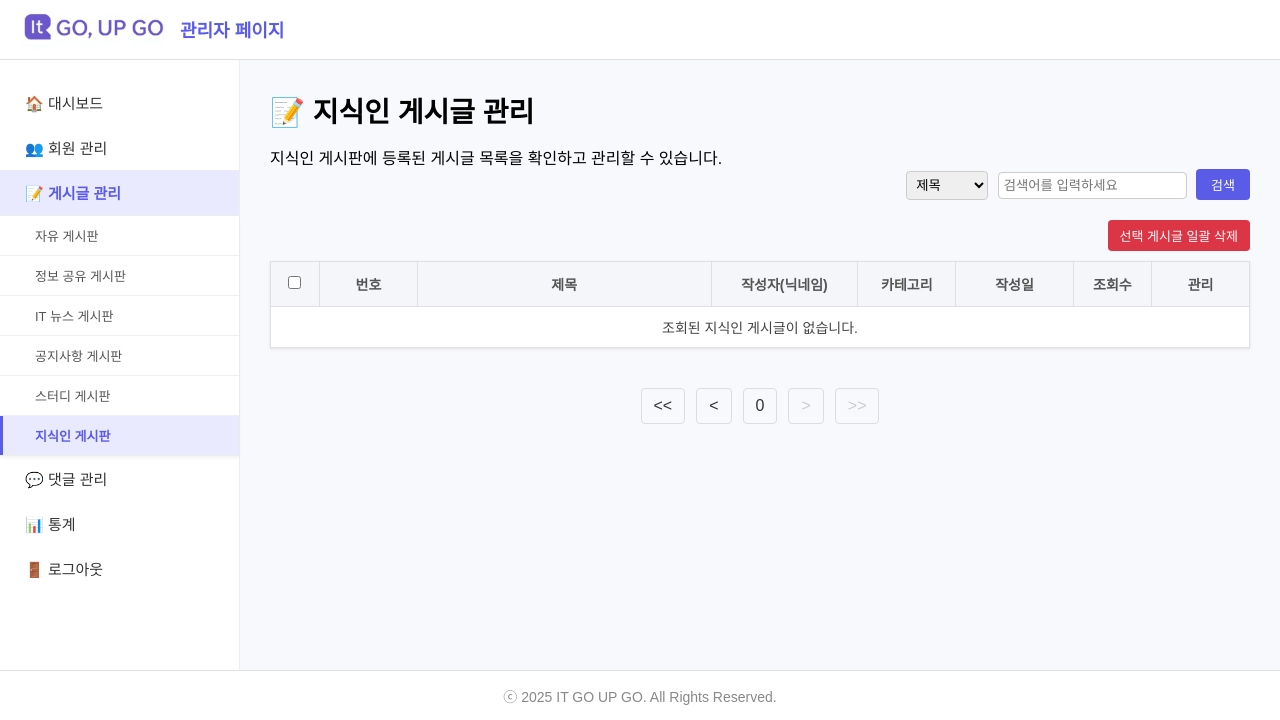
Repository: virtue5321/itgoupgo
Page: http://localhost/ITGOUPGO/WEB-INF/views/admin/knowledgeBbsManage.jsp
The author's editor kept a copy of each file at every save. The page is drawn from the files as they stood at one save, then again after the next save.
The browser window is 1280 px wide. The pictures show the whole page.
The page is served by Tomcat 10. Nobody is signed in. Other server files are loaded and not shown. The template is opened directly, without the code that normally fills it, so the values that code supplies are empty.

Above is the page before, as saved 2025-10-31 05:01:53.

### ITGOUPGO/src/main/webapp/WEB-INF/views/admin/knowledgeBbsManage.jsp
<%@ page language="java" contentType="text/html; charset=UTF-8" pageEncoding="UTF-8"%>
<%@ taglib prefix="c" uri="jakarta.tags.core" %>
<%@ taglib prefix="fmt" uri="http://java.sun.com/jsp/jstl/fmt" %>

<!DOCTYPE html>
<html lang="ko">
<head>
    <meta charset="UTF-8">
    <title>지식인 게시판 관리</title>

    <link rel="stylesheet" href="<c:url value="/resources/css/adminStyle.css" />">
    <style>
        /* [UI 통일] IT 뉴스 게시판과 동일한 삭제 행 스타일 적용 */
        .deleted-post {
            background-color: #f8f8f8;
            color: #999;
        }
        .deleted-post a, .deleted-post .text-danger, .deleted-post .text-secondary {
            color: #999 !important;
        }
        .text-start { text-align: left; }
        .search-area { display: flex; justify-content: flex-end; margin-bottom: 20px; }
        .search-select, .search-input { padding: 5px; margin-right: 5px; border: 1px solid #ccc; border-radius: 4px; }
        .btn-search { background-color: #5a5ce8; color: white; border: none; padding: 6px 15px; cursor: pointer; border-radius: 4px; }
        .btn-search:hover { background-color: #4a4ce0; }

        /* 페이징 스타일 (IT 뉴스 게시판의 스타일이 adminStyle.css에 없다고 가정하고 기존 스타일 유지) */
        .pagination-container { display: flex; justify-content: center; padding: 20px 0; gap: 5px; }
        .pagination-container a, .pagination-container span { padding: 8px 12px; text-decoration: none; color: #333; border: 1px solid #ddd; border-radius: 4px; transition: background-color 0.3s; }
        .pagination-container a:hover { background-color: #f0f0f0; }
        .pagination-container .active { background-color: #5a5ce8; color: white; border-color: #5a5ce8; }
        .pagination-container .disabled { color: #ccc; cursor: default; }
    </style>
</head>
<body>

    <header>
        <div class="logo">
            <img src="<c:url value="/resources/images/logo1.PNG" />" width="80">
            관리자 페이지
        </div>
    </header>

    <div class="layout">
        <%-- ✅ 사이드바: 지식인 게시판 활성화 --%>
        <aside class="sidebar">
            <ul>
                <li><a href="<c:url value="/admin/dashboard" />">🏠 대시보드</a></li>
                <li><a href="<c:url value="/admin/member" />">👥 회원 관리</a></li>

                <li id="postManageMenu" class="menu-open">
                    <a href="javascript:void(0);" class="active" onclick="toggleSubmenu('postManageMenu')">📝 게시글 관리</a>

                    <ul class="submenu">
                        <li><a href="<c:url value="/admin/freeBbsManage" />">자유 게시판</a></li>
                        <li><a href="<c:url value="/admin/infoBbsManage" />">정보 공유 게시판</a></li>
                        <li><a href="<c:url value="/admin/itBbsManage" />">IT 뉴스 게시판</a></li>
                        <li><a href="<c:url value="/admin/noticeBbsManage" />">공지사항 게시판</a></li>
		                <li><a href="<c:url value="/admin/studyBbsManage" />">스터디 게시판</a></li>
		                <li><a href="<c:url value="/admin/knowledgeBbsManage" />" class="sub-active">지식인 게시판</a></li>
                    </ul>
                </li>

                <li><a href="<c:url value="/admin/reply" />">💬 댓글 관리</a></li>
                <li><a href="<c:url value="/admin/stats" />">📊 통계</a></li>
                <li><a href="<c:url value="/admin/logout" />">🚪 로그아웃</a></li>
            </ul>
        </aside>

        <main>
            <h1>📝 지식인 게시글 관리</h1>
            <p>지식인 게시판에 등록된 게시글 목록을 확인하고 관리할 수 있습니다.</p>

            <%-- [통일] 검색 폼과 버튼 영역 분리 --%>
            <div class="search-area">
                 <form action="searchKnowledge" method="GET" onsubmit="return validateSearch(this);">
                    <select name="condition" class="search-select">
                        <option value="title">제목</option>
                        <option value="content">내용</option>
                        <option value="writer">작성자</option>
                        <option value="category">카테고리</option>
                    </select>
                    <input type="text" name="keyword" class="search-input" placeholder="검색어를 입력하세요">
                    <button type="submit" class="btn btn-search">검색</button>
                </form>
            </div>

            <%-- [통일] 벌크 삭제 폼 (숨겨진 폼) --%>
            <form id="bulkDeleteForm" action="<c:url value="/admin/deleteKnowledgeBbsCheck" />" method="post" style="display:none;"></form>

            <div style="display:flex; justify-content:flex-end; margin-bottom:10px;">
                <button class="btn btn-danger" onclick="confirmBulkDelete()">선택 게시글 일괄 삭제</button>
            </div>

            <table>
                <thead>
                    <tr>
                        <th style="width: 5%;"><input type="checkbox" id="selectAllCheckboxPost"></th>
                        <th style="width: 10%;">번호</th>
                        <th style="width: 30%;">제목</th>
                        <th style="width: 15%;">작성자(닉네임)</th>
                        <th style="width: 10%;">카테고리</th>
                        <th style="width: 12%;">작성일</th>
                        <th style="width: 8%;">조회수</th>
                        <th style="width: 10%;">관리</th>
                    </tr>
                </thead>
                <tbody>
                    <c:choose>
                        <c:when test="${!empty knowledgeBbsList}">
                            <c:forEach var="post" items="${knowledgeBbsList}">
                                <tr class="${post.knowledgeDeleteStatus eq 'Y' ? 'deleted-post' : ''}">
                                    <td>
                                        <input type="checkbox" class="itemCheckboxPost" name="bbsNoList" value="${post.knowledgeNo}"
                                            <c:if test="${post.knowledgeDeleteStatus eq 'Y'}">disabled</c:if>>
                                    </td>
                                    <td>${post.knowledgeNo}</td>
                                    <td class="text-start">
                                        <c:choose>
                                            <c:when test="${post.knowledgeDeleteStatus eq 'Y'}">
                                                <span class="text-danger">❌ [삭제됨]</span> ${post.knowledgeTitle}
                                            </c:when>
                                            <c:otherwise>
                                                <a href="<c:url value="/knowledge/detail?no=${post.knowledgeNo}" />" class="title-link" target="_blank">
                                                    ${post.knowledgeTitle}
                                                </a>
                                            </c:otherwise>
                                        </c:choose>
                                    </td>
                                    <td>${post.memberNick}</td>
                                    <td>${post.knowledgeCategory}</td>
                                    <td><fmt:formatDate value="${post.knowledgeCreateDate}" pattern="yyyy-MM-dd" /></td>
                                    <td>${post.knowledgeView}</td>
                                    <td class="action-cell">
                                        <c:choose>
                                            <c:when test="${post.knowledgeDeleteStatus eq 'N'}">
                                                <button class="btn btn-danger"
                                                    onclick="deleteSinglePost(${post.knowledgeNo})">
                                                    삭제
                                                </button>
                                            </c:when>
                                            <c:otherwise>
                                                <span class="text-secondary">삭제 완료</span>
                                            </c:otherwise>
                                        </c:choose>
                                    </td>
                                </tr>
                            </c:forEach>
                        </c:when>
                        <c:otherwise>
                            <tr>
                                <td colspan="8">조회된 지식인 게시글이 없습니다.</td>
                            </tr>
                        </c:otherwise>
                    </c:choose>
                </tbody>
            </table>

            <%-- [통일] 페이징 영역 --%>
            <div class="pagination-container">
                <c:set var="pi" value="${pageInfo}"/>
                <c:set var="pageLinkUrl" value="/admin/knowledgeBbsManage" />
                <c:choose><c:when test="${pi.currentPage le 1}"><span class="disabled">&lt;&lt;</span></c:when><c:otherwise><a href="<c:url value="${pageLinkUrl}" />?currentPage=1">&lt;&lt;</a></c:otherwise></c:choose>
                <c:choose><c:when test="${pi.currentPage le 1}"><span class="disabled">&lt;</span></c:when><c:otherwise><a href="<c:url value="${pageLinkUrl}" />?currentPage=${pi.currentPage - 1}">&lt;</a></c:otherwise></c:choose>

                <c:forEach begin="${pi.startPage}" end="${pi.endPage}" var="p">
                    <c:choose><c:when test="${pi.currentPage eq p}"><span class="active">${p}</span></c:when><c:otherwise><a href="<c:url value="${pageLinkUrl}" />?currentPage=${p}">${p}</a></c:otherwise></c:choose>
                </c:forEach>

                <c:choose><c:when test="${pi.currentPage eq pi.maxPage || pi.maxPage eq 0}"><span class="disabled">&gt;</span></c:when><c:otherwise><a href="<c:url value="${pageLinkUrl}" />?currentPage=${pi.currentPage + 1}">&gt;</a></c:otherwise></c:choose>
                <c:choose><c:when test="${pi.currentPage eq pi.maxPage || pi.maxPage eq 0}"><span class="disabled">&gt;&gt;</span></c:when><c:otherwise><a href="<c:url value="${pageLinkUrl}" />?currentPage=${pi.maxPage}">&gt;&gt;</a></c:otherwise></c:choose>
            </div>

        </main>
    </div>

    <footer>ⓒ 2025 IT GO UP GO. All Rights Reserved.</footer>

    <script>
        function toggleSubmenu(menuId) { document.getElementById(menuId).classList.toggle('menu-open'); }

        // [통일] 단일 삭제 함수 (URL 수정)
        function deleteSinglePost(knowledgeNo) {
            if(confirm(knowledgeNo + '번 게시글을 정말 삭제(비활성화) 처리하시겠습니까?')) {
                location.href='<c:url value="/admin/deleteKnowledgeBbs" />?knowledgeNo=' + knowledgeNo;
            }
        }

        // [통일] 일괄 삭제 함수 (폼 제출 방식 통일)
        function confirmBulkDelete() {
            const selectedCheckboxes = Array.from(document.querySelectorAll('.itemCheckboxPost:checked'))
                .filter(checkbox => !checkbox.closest('tr').classList.contains('deleted-post'));

            if (selectedCheckboxes.length === 0) {
                alert('일괄 삭제할 게시글을 1개 이상 선택해 주세요. (이미 삭제된 게시글은 제외됩니다.)');
                return;
            }

            if (confirm('총 ' + selectedCheckboxes.length + '건의 게시글을 일괄 삭제 처리하시겠습니까?')) {
                const form = document.getElementById('bulkDeleteForm');
                form.innerHTML = '';
                selectedCheckboxes.forEach(checkbox => {
                    const hiddenInput = document.createElement('input');
                    hiddenInput.type = 'hidden';
                    hiddenInput.name = 'bbsNoList'; // Controller의 @RequestParam 이름과 일치
                    hiddenInput.value = checkbox.value;
                    form.appendChild(hiddenInput);
                });
                form.submit();
            }
        }

        function validateSearch(form) {
            const keyword = form.keyword.value.trim();
            if (keyword === "") {
                alert("검색어를 입력해주세요.");
                return false;
            }
            return true;
        }

        document.addEventListener('DOMContentLoaded', (event) => {
            const selectAllCheckbox = document.getElementById('selectAllCheckboxPost');
            // [수정] 삭제된 게시글 제외한 체크박스만 대상으로 함
            const itemCheckboxes = document.querySelectorAll('.itemCheckboxPost:not(:disabled)');

            if (selectAllCheckbox) {
                selectAllCheckbox.addEventListener('change', function() {
                    itemCheckboxes.forEach(checkbox => {
                        checkbox.checked = this.checked;
                    });
                });
            }

            itemCheckboxes.forEach(checkbox => {
                checkbox.addEventListener('change', () => {
                    // [수정] 전체 개수는 disabled가 아닌 체크박스 개수로 계산
                    const checkedItems = document.querySelectorAll('.itemCheckboxPost:checked:not(:disabled)').length;
                    const totalItems = itemCheckboxes.length;

                    if (!checkbox.checked) {
                        if (selectAllCheckbox) selectAllCheckbox.checked = false;
                    } else if (checkedItems === totalItems) {
                        if (selectAllCheckbox) selectAllCheckbox.checked = true;
                    }
                });
            });

            // 페이지 로드 시 '게시글 관리' 메뉴를 열린 상태로 유지
            const postManageMenu = document.getElementById('postManageMenu');
            if (postManageMenu && !postManageMenu.classList.contains('menu-open')) {
                 postManageMenu.classList.add('menu-open');
            }
        });
    </script>
</body>
</html>

### ITGOUPGO/src/main/webapp/resources/css/adminStyle.css
* {
  margin: 0;
  padding: 0;
  box-sizing: border-box;
  font-family: "Noto Sans KR", sans-serif;
}

body {
  display: flex;
  flex-direction: column;
  height: 100vh;
  background-color: #f8f9fc;
}

/* -------------------- 1. 헤더 (로고 크기 조정 포함) -------------------- */
header {
  display: flex;
  align-items: center;
  justify-content: start;
  height: 60px;
  background-color: #ffffff;
  border-bottom: 1px solid #e0e0e0;
  padding: 0 20px;
}

header .logo {
  display: flex;
  align-items: center;
  gap: 10px;
  font-weight: 700;
  font-size: 18px;
  color: #5a5ce8;
}

header .logo img {
  width: 150px;
  height: auto;
  vertical-align: middle;
}

/* -------------------- 2. 레이아웃 및 사이드바 -------------------- */
.layout {
  flex: 1;
  display: flex;
  overflow: hidden;
}

/* 사이드바 */
aside.sidebar {
  width: 240px;
  background: #fff;
  border-right: 1px solid #eee;
  display: flex;
  flex-direction: column;
  align-items: center;
  padding-top: 20px;
}

.sidebar ul {
  list-style: none;
  width: 100%;
  padding: 0;
  margin: 0;
}

.sidebar li {
  width: 100%;
  text-align: left;
  position: relative;
}

.sidebar a {
  display: flex;
  align-items: center;
  gap: 10px;
  width: 100%;
  padding: 12px 25px;
  font-size: 15px;
  color: #333;
  text-decoration: none;
  cursor: pointer;
  transition: background 0.2s, color 0.2s;
}

/* 마우스 오버 시 효과 */
.sidebar a:hover {
  background-color: #f3f4f6;
  color: #5a5ce8;
}

/* 활성화된 항목 스타일 */
.sidebar a.active {
  background-color: #eaeaff;
  color: #5a5ce8;
  font-weight: 600;
}

/* -------------------- 3. 메인 콘텐츠 및 푸터 -------------------- */
main {
  flex: 1;
  padding: 30px;
  overflow-y: auto;
}

main h1 {
  font-size: 28px;
  font-weight: 700;
  margin-bottom: 15px;
}

/* 푸터 */
footer {
  height: 50px;
  background-color: #ffffff;
  border-top: 1px solid #e0e0e0;
  display: flex;
  align-items: center;
  justify-content: center;
  color: #888;
  font-size: 14px;
}


/* -------------------- 4. 테이블 및 버튼 스타일 -------------------- */
table {
    width: 100%;
    border-collapse: collapse;
    background: white;
    box-shadow: 0 1px 3px rgba(0,0,0,0.1);
}

table th {
    background-color: #f4f6f9;
    color: #555;
    font-weight: 600;
    padding: 12px 10px;
    border: 1px solid #e0e0e0;
    text-align: center;
    font-size: 14px;
}

table td {
    padding: 10px;
    border: 1px solid #e0e0e0;
    text-align: center;
    font-size: 14px;
    color: #444;
}

table tbody tr:nth-child(even) {
    background-color: #fcfdff;
}
table tbody tr:hover {
    background-color: #f0f7ff;
}

table td a {
    color: #5a5ce8;
    text-decoration: none;
}
table td a:hover {
    text-decoration: underline;
}

.btn {
    padding: 6px 12px;
    border-radius: 4px;
    cursor: pointer;
    font-size: 13px;
    font-weight: 500;
    border: none;
    transition: background-color 0.2s;
}

.btn-danger {
    background-color: #dc3545;
    color: white;
}
.btn-danger:hover {
    background-color: #c82333;
}

/* 페이지네이션 스타일 */
.pagination-container {
    margin-top: 20px;
    text-align: center;
}
.pagination-container a, .pagination-container span {
    display: inline-block;
    text-decoration: none;
    padding: 8px 12px;
    border: 1px solid #ccc;
    border-radius: 4px;
    margin: 0 3px;
    color: #5a5ce8;
}
.pagination-container .active {
    background: #5a5ce8;
    color: white;
    border-color: #5a5ce8;
    font-weight: 600;
}
.pagination-container a:hover:not(.active) {
    background-color: #f3f4f6;
}

/* -------------------- 5. 드롭다운 서브메뉴 스타일 (수정됨) -------------------- */

.submenu {
    list-style: none;
    padding-left: 0;
    margin: 0;
    max-height: 0;
    overflow: hidden;
    transition: max-height 0.3s ease-out;
    background-color: #FFFFFF; /* ✅ [수정] 배경색 흰색으로 변경 */
    border-top: 1px solid #eee; /* 드롭다운 시작 선 */
    border-bottom: 1px solid #eee; /* 드롭다운 끝 선 */
    box-shadow: 0 2px 3px rgba(0,0,0,0.05); /* 약간의 그림자 추가 */
}

.sidebar ul li.menu-open .submenu {
    max-height: 500px;
    transition: max-height 0.5s ease-in;
}

/* 서브 메뉴 li 항목에 하단 선 추가 */
.submenu li {
    border-bottom: 1px solid #f0f0f0; /* ✅ [추가] 각 항목 구분선 */
}
.submenu li:last-child {
    border-bottom: none; /* 마지막 항목의 구분선 제거 */
}


.submenu a {
    padding: 10px 25px 10px 35px;
    font-size: 13px; /* ✅ [수정] 글자 크기 작게 변경 */
    color: #555; /* 글자색은 진한 회색으로 변경 */
    gap: 0;
}

.submenu a:hover {
    color: #5a5ce8; /* 호버 시 메인 강조색 */
    background-color: #f3f4f6; /* 메인 메뉴 호버색과 통일 */
}

/* 활성화된 서브 메뉴 링크: 메인 활성화 색상과 동일한 원리로 설정 */
.submenu a.sub-active {
    color: #5a5ce8;
    font-weight: 600;
    background-color: #eaeaff; /* 메인 활성화 배경색과 통일 */
    border-left: 3px solid #5a5ce8; /* 강조를 위한 왼쪽 선 추가 */
    padding-left: 32px; /* 왼쪽 선 추가로 인해 들여쓰기 조정 */
}

After the next save:
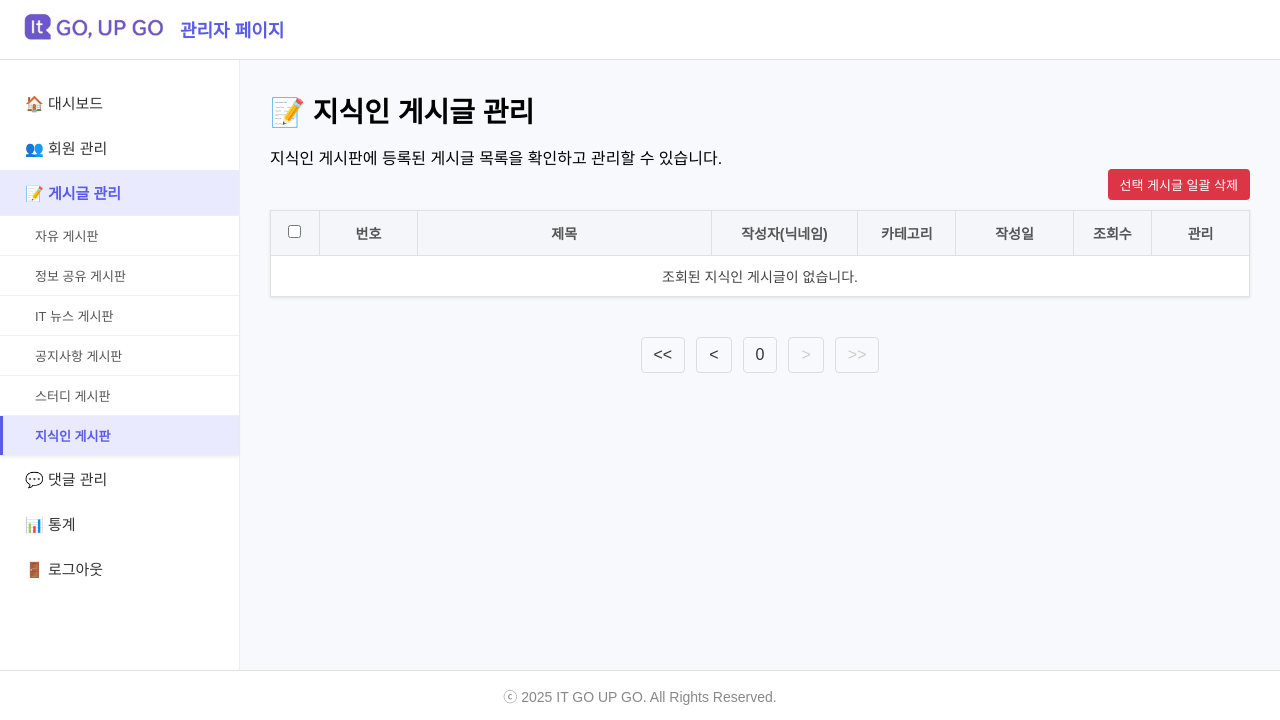
Saved 8 s later.
--- a/ITGOUPGO/src/main/webapp/WEB-INF/views/admin/knowledgeBbsManage.jsp
+++ b/ITGOUPGO/src/main/webapp/WEB-INF/views/admin/knowledgeBbsManage.jsp
@@ -71,19 +71,6 @@
             <h1>📝 지식인 게시글 관리</h1>
             <p>지식인 게시판에 등록된 게시글 목록을 확인하고 관리할 수 있습니다.</p>
 
-            <%-- [통일] 검색 폼과 버튼 영역 분리 --%>
-            <div class="search-area">
-                 <form action="searchKnowledge" method="GET" onsubmit="return validateSearch(this);">
-                    <select name="condition" class="search-select">
-                        <option value="title">제목</option>
-                        <option value="content">내용</option>
-                        <option value="writer">작성자</option>
-                        <option value="category">카테고리</option>
-                    </select>
-                    <input type="text" name="keyword" class="search-input" placeholder="검색어를 입력하세요">
-                    <button type="submit" class="btn btn-search">검색</button>
-                </form>
-            </div>
 
             <%-- [통일] 벌크 삭제 폼 (숨겨진 폼) --%>
             <form id="bulkDeleteForm" action="<c:url value="/admin/deleteKnowledgeBbsCheck" />" method="post" style="display:none;"></form>
